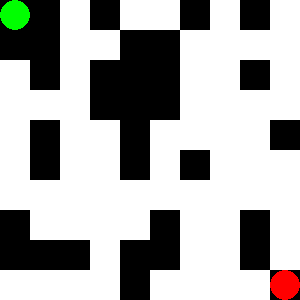
Repository: DevLaukey/python
Script's output: python maze.py
The author's editor kept a copy of each file at every save. The script's output is drawn from the files as they stood at one save, then again after the next save.
The window is shown after at most 60 frames with no key pressed. Random numbers start from a fixed seed.

Above is the script's output before, as saved 2024-01-30 02:19:01.

### maze.py
import pygame
import random
import time
import heapq

# Maze Generation
def generate_maze(size, density):
    maze = [[' ' if random.random() > density else '#' for _ in range(size)] for _ in range(size)]
    start = (0, 0)
    goal = (size - 1, size - 1)
    maze[start[0]][start[1]] = 'S'
    maze[goal[0]][goal[1]] = 'G'
    return maze, start, goal

# Visualization
def draw_maze(screen, maze):
    cell_size = 30
    for i, row in enumerate(maze):
        for j, cell in enumerate(row):
            color = (255, 255, 255) if cell == ' ' else (0, 0, 0)
            pygame.draw.rect(screen, color, (j * cell_size, i * cell_size, cell_size, cell_size))
            if cell == 'S':
                pygame.draw.circle(screen, (0, 255, 0), (j * cell_size + cell_size // 2, i * cell_size + cell_size // 2), cell_size // 2)
            elif cell == 'G':
                pygame.draw.circle(screen, (255, 0, 0), (j * cell_size + cell_size // 2, i * cell_size + cell_size // 2), cell_size // 2)

# Depth-First Search
def dfs(maze, start, goal):
    stack = [start]
    visited = set()

    while stack:
        current = stack.pop()
        if current == goal:
            return True
        if current not in visited:
            visited.add(current)
            neighbors = [(current[0] + 1, current[1]), (current[0] - 1, current[1]), (current[0], current[1] + 1), (current[0], current[1] - 1)]
            neighbors = [(i, j) for i, j in neighbors if 0 <= i < len(maze) and 0 <= j < len(maze[0]) and maze[i][j] != '#']
            stack.extend(neighbors)

    return False

# Breadth-First Search
def bfs(maze, start, goal):
    queue = [start]
    visited = set()

    while queue:
        current = queue.pop(0)
        if current == goal:
            return True
        if current not in visited:
            visited.add(current)
            neighbors = [(current[0] + 1, current[1]), (current[0] - 1, current[1]), (current[0], current[1] + 1), (current[0], current[1] - 1)]
            neighbors = [(i, j) for i, j in neighbors if 0 <= i < len(maze) and 0 <= j < len(maze[0]) and maze[i][j] != '#']
            queue.extend(neighbors)

    return False

# A* Algorithm
def heuristic(a, b):
    return abs(a[0] - b[0]) + abs(a[1] - b[1])

def astar(maze, start, goal):
    heap = [(0, start)]
    visited = set()

    while heap:
        current_cost, current = heapq.heappop(heap)
        if current == goal:
            return True
        if current not in visited:
            visited.add(current)
            neighbors = [(current[0] + 1, current[1]), (current[0] - 1, current[1]), (current[0], current[1] + 1), (current[0], current[1] - 1)]
            neighbors = [(i, j) for i, j in neighbors if 0 <= i < len(maze) and 0 <= j < len(maze[0]) and maze[i][j] != '#']
            for neighbor in neighbors:
                cost = current_cost + heuristic(neighbor, goal)
                heapq.heappush(heap, (cost, neighbor))

    return False

# Visualization setup
def visualize(maze, start, goal, algorithm):
    pygame.init()
    size = len(maze) * 30
    screen = pygame.display.set_mode((size, size))
    pygame.display.set_caption(f'Maze Visualization - {algorithm}')
    clock = pygame.time.Clock()

    while True:
        for event in pygame.event.get():
            if event.type == pygame.QUIT:
                pygame.quit()
                return

        screen.fill((255, 255, 255))
        draw_maze(screen, maze)
        pygame.display.flip()
        clock.tick(60)

# Main function
def main():
    size = 10
    density = 0.3

    maze, start, goal = generate_maze(size, density)
    visualize(maze, start, goal, "Original Maze")

    if dfs(maze, start, goal):
        visualize(maze, start, goal, "DFS")
    else:
        print("DFS could not find a path.")

    if bfs(maze, start, goal):
        visualize(maze, start, goal, "BFS")
    else:
        print("BFS could not find a path.")

    if astar(maze, start, goal):
        visualize(maze, start, goal, "A*")
    else:
        print("A* could not find a path.")

if __name__ == "__main__":
    main()

After the next save:
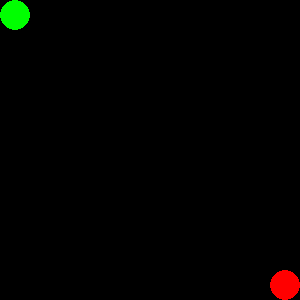
Saved 4 min 15 s later.
--- a/maze.py
+++ b/maze.py
@@ -5,12 +5,36 @@ import heapq
 
 # Maze Generation
 def generate_maze(size, density):
-    maze = [[' ' if random.random() > density else '#' for _ in range(size)] for _ in range(size)]
+    def is_valid(cell):
+        return 0 <= cell[0] < size and 0 <= cell[1] < size
+
+    maze = [['#'] * size for _ in range(size)]
     start = (0, 0)
     goal = (size - 1, size - 1)
+
+    # Set start and goal
     maze[start[0]][start[1]] = 'S'
     maze[goal[0]][goal[1]] = 'G'
+
+    # Prim's Algorithm for maze generation
+    visited = set()
+    walls = [(start[0] + 1, start[1]), (start[0], start[1] + 1)]
+    visited.add(start)
+
+    while walls:
+        wall = random.choice(walls)
+        walls.remove(wall)
+
+        adjacent_cells = [(wall[0] + 1, wall[1]), (wall[0] - 1, wall[1]), (wall[0], wall[1] + 1), (wall[0], wall[1] - 1)]
+        adjacent_cells = [cell for cell in adjacent_cells if is_valid(cell) and cell not in visited]
+
+        if len(adjacent_cells) == 1:
+            maze[wall[0]][wall[1]] = ' '
+            visited.add(wall)
+            walls.extend(adjacent_cells)
+
     return maze, start, goal
+
 
 # Visualization
 def draw_maze(screen, maze):
